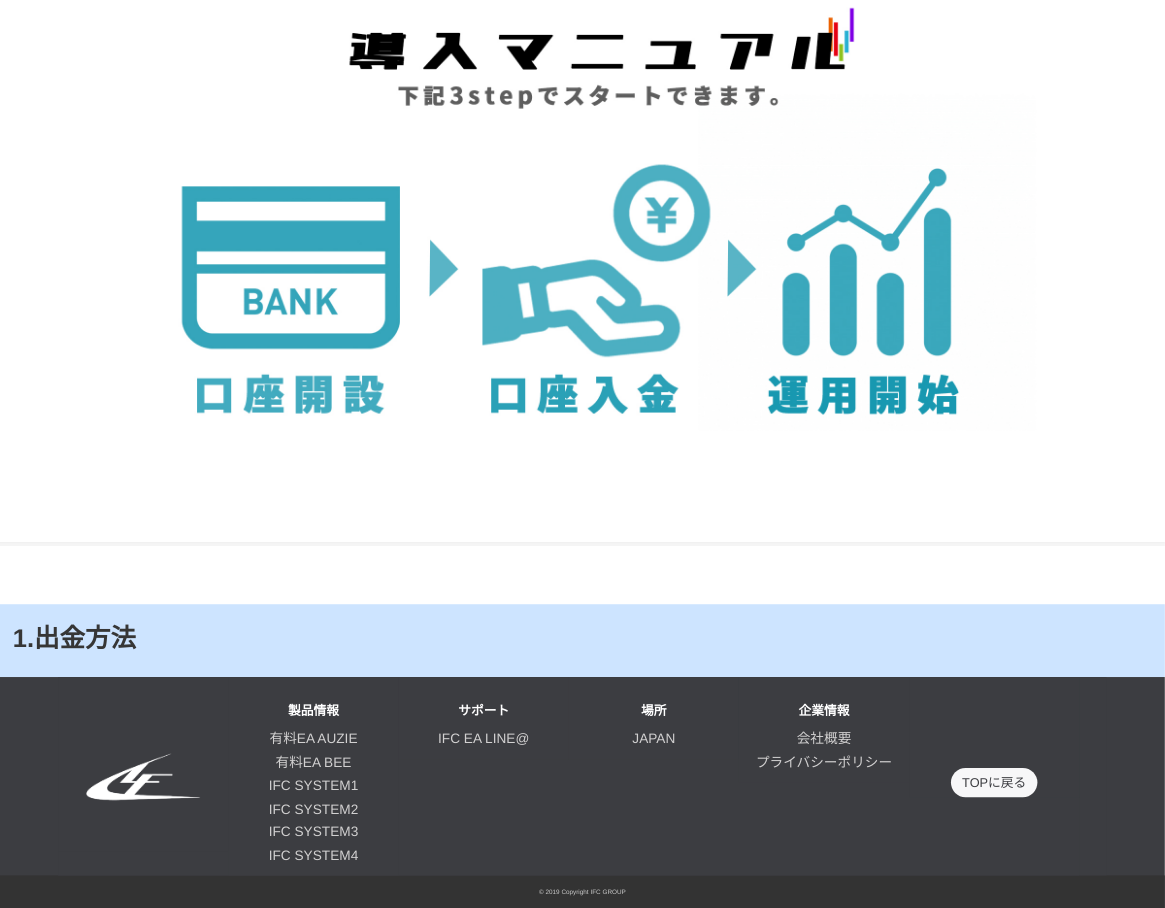
Repository: kkttuu1013/ProjectCeed
Page: http://localhost/start/4
The author's editor kept a record of every edit. The page is drawn from the files as they stood at one moment, then again after the next edit.
The browser window is 1280 px wide. The pictures show the whole page, at 91% of full size.
Some web libraries are served in a nearby version. The page is served by the project's Node server (server.js).

Above is the page before.
Console error: ReferenceError: jQuery is not defined

After the next edit:
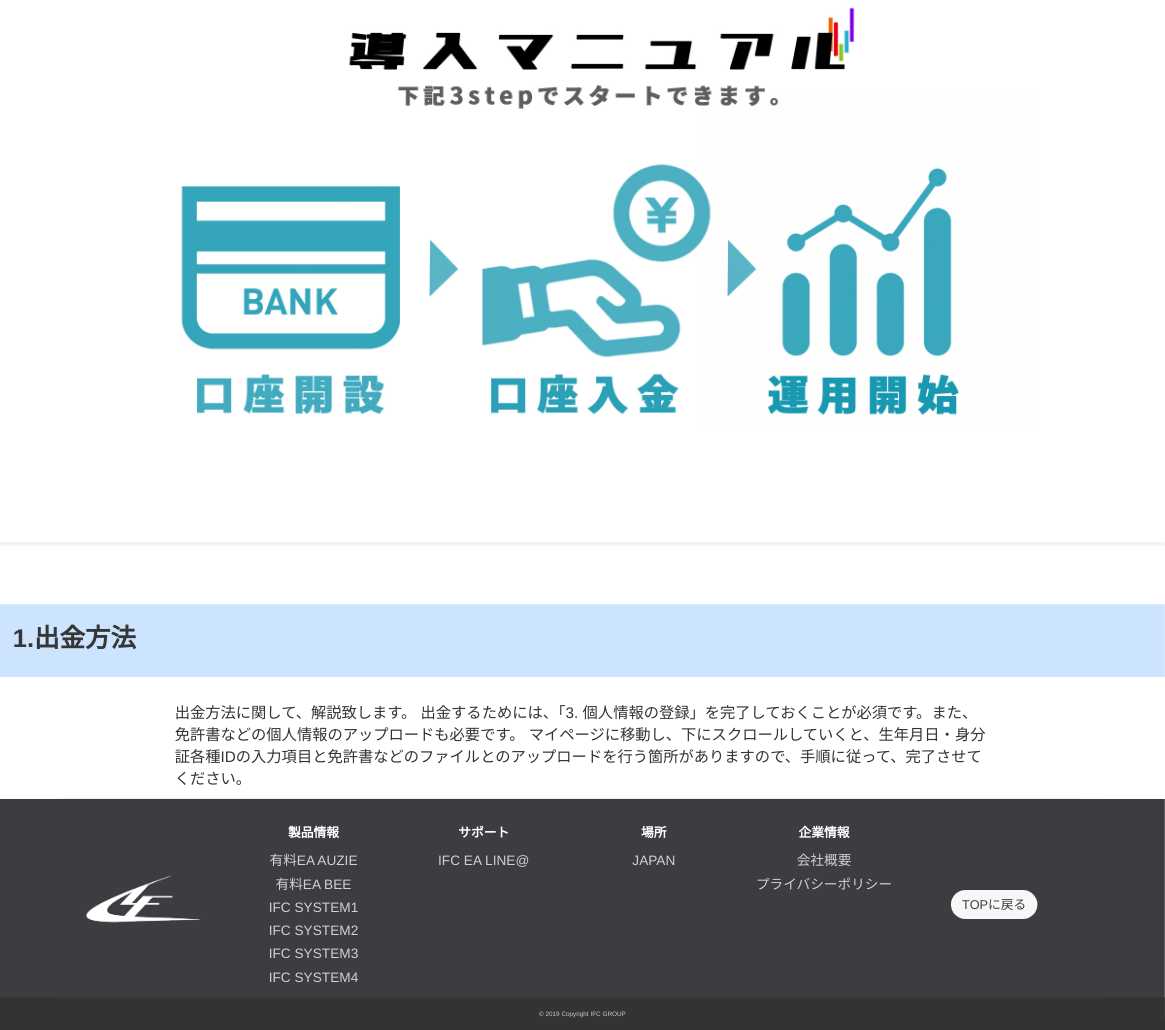
The edit:
--- a/views/back.ejs
+++ b/views/back.ejs
@@ -19,6 +19,15 @@
   <div class="wrapper2" >
      <p class="txt1">
     <strong>1.出金方法</strong><br>
+    </p>
+    </div>
+    <div class="wrapper4">
+    <p class="txt">
+    出金方法に関して、解説致します。
+
+    出金するためには、「3. 個人情報の登録」を完了しておくことが必須です。また、免許書などの個人情報のアップロードも必要です。
+
+マイページに移動し、下にスクロールしていくと、生年月日・身分証各種IDの入力項目と免許書などのファイルとのアップロードを行う箇所がありますので、手順に従って、完了させてください。
     </p>
     </div>
 
